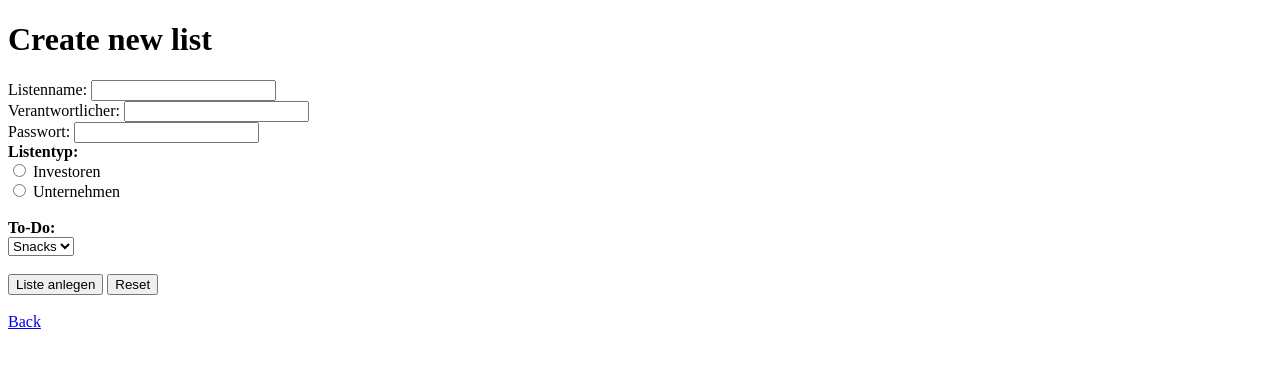
Repository: leloq/project.github.io
Page: create.html
The author's editor kept a record of every edit. The page is drawn from the files as they stood at one moment, then again after the next edit.
The browser window is 1280 px wide. The pictures show the whole page.

Above is the page before.

### create.html
<!DOCTYPE html>
<html>
<head>
<meta charset="utf-8" />
<title>Create New List</title>
</head>
<body>
    <h1>Create new list</h1>
    <form>
        Listenname:  <input type="text" name="listname"> <br>
        Verantwortlicher:  <input type="text" name="resp" required><br>
        Passwort:  <input type="password" name="password" min="5"> <br>
        <strong>Listentyp:</strong> <br><input type="radio" name="listentyp"> Investoren <br>
        <input type="radio" name="listentyp"> Unternehmen <br>
        <br>

        <strong>To-Do:</strong><br>
        <select>
            <option value="snacks" name="todo">Snacks</option>
            <option value="cracks" name="todo">Cracks</option>
        </select>

        <br><br>

        <input type="submit" value="Liste anlegen">
        <input type="reset">
    </form>

<br>

<a href="start.html">Back</a>

</body>
</html>

After the next edit:
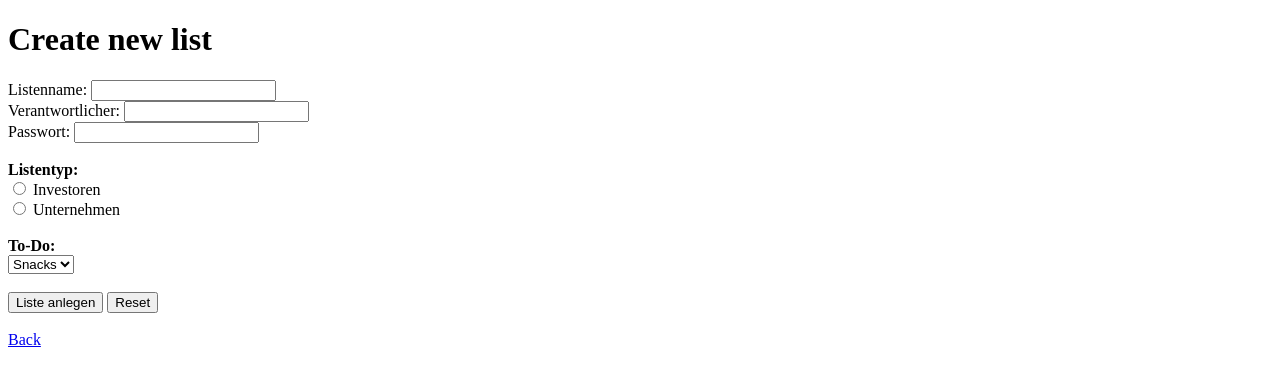
The edit:
--- a/create.html
+++ b/create.html
@@ -9,7 +9,7 @@
     <form>
         Listenname:  <input type="text" name="listname"> <br>
         Verantwortlicher:  <input type="text" name="resp" required><br>
-        Passwort:  <input type="password" name="password" min="5"> <br>
+        Passwort:  <input type="password" name="password" min="5"> <br><br>
         <strong>Listentyp:</strong> <br><input type="radio" name="listentyp"> Investoren <br>
         <input type="radio" name="listentyp"> Unternehmen <br>
         <br>
